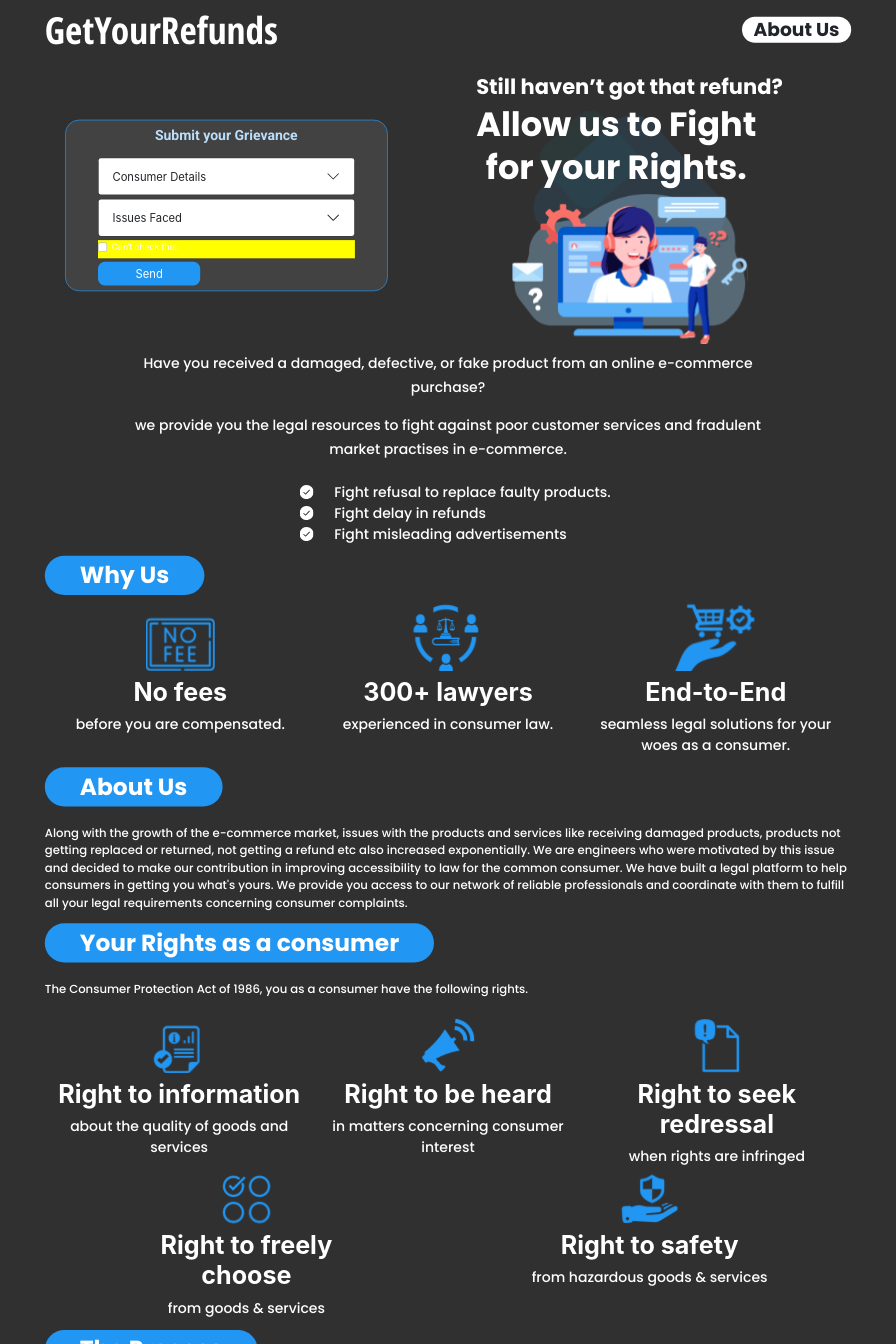
Repository: Eren00Yeager/initial-survey
Page: /consumer-complaints
The author's editor kept a copy of each file at every save. The page is drawn from the files as they stood at one save, then again after the next save.
The browser window is 1280 px wide. The pictures show the part of the page from y = 0 to 1920 px (the page is 2604 px tall), at 70% of full size.
Some web fonts or font styles are not loaded; a fallback is used. The project was rebuilt for these pictures with package versions that can differ from the ones it lists, and the page was loaded fresh each time. The framework's server and built-in components were replaced by stand-ins that run in the browser. Also part of the build but not shown: next.config.js.

Above is the page before, as saved 2022-07-14 13:09:51.

### styles/globals.scss
@import "~bootstrap/scss/bootstrap";
html,
body {
  padding: 0;
  margin: 0;
  font-family: -apple-system, BlinkMacSystemFont, Segoe UI, Roboto, Oxygen,
    Ubuntu, Cantarell, Fira Sans, Droid Sans, Helvetica Neue, sans-serif;
}

a {
  color: inherit;
  text-decoration: none;
}

* {
  box-sizing: border-box;
}

### styles/consumer.module.css
@import url('https://fonts.googleapis.com/css2?family=Poppins:wght@700&display=swap');
@import url('https://fonts.googleapis.com/css2?family=Poppins:wght@500&display=swap');
@import url('https://fonts.googleapis.com/css2?family=Poppins:wght@400&display=swap');
@import url('https://fonts.googleapis.com/css2?family=Playfair+Display:wght@400&display=swap');
@import url('https://fonts.googleapis.com/css2?family=Roboto:wght@700&display=swap');
@import url('https://fonts.googleapis.com/css2?family=Roboto:wght@400&display=swap');
@import url('https://fonts.googleapis.com/css2?family=Open+Sans:wght@700&display=swap');
@import url('http://fonts.cdnfonts.com/css/sf-pro-display');
.container{font-size:2.083vw;}
@media only screen and (max-width: 900px) {
    .container{font-size:16px;}
    .log{
        width:  60px;
        height: 60px;
        }
    .container{
        background-color: #303030;
        /* background-image: linear-gradient(to top,#712020, #FF9C60); */
        /* min-height: 100vh; */
        width: 100%;
        display: flex;
        flex-direction: column;
        justify-content: space-between;
        row-gap: 30px;
        padding: 5px 10px;
        }
      .main{
        /* background-color: #FF9C60; */
        display: flex;
        flex-direction: column-reverse;
        justify-content: center;
        align-items: center;
        row-gap: 30px;
    }
    .frm{
        width: 90%;
        border: 2px solid #2196F3;
        border-radius: 20px;
        background-color: #424242;
        display: flex;
        flex-direction: column;
        padding: 8px 15px 8px 15px;
        row-gap: 20px;
    }

      .fm{
        display: flex;
        flex-direction:column;
        /* background-color: aqua; */
        /* align-items: center; */
        }
        .hd{
            font-size: 32px;
            color: #FFFFFF;
            text-align: center;
            font-family: 'Open Sans Condensed';
            font-style: normal;
            font-weight: 700;
            line-height: 44px;
            }
            .head{
            display: flex;
            flex-direction: row;
            align-items: center;
            width:90%;
            margin-left: auto;
            margin-right: auto;
            justify-content: space-between;
            }
      .btn{
        background-color: #FFFFFF;
        border: none;
        border-radius: 50px;
        padding: 0px 10px;
        font-family: 'Poppins';
        font-style: normal;
        font-weight: 700;
        color: 000000;
        font-size: 1em;

      }
      .t1{
          position: absolute;
          top:0;
        }

      .m1{
          display: flex;
          flex-direction: column;
          background-color: aquamarine;

      }
      .grev{
        color: #BBDEFB;
        text-align: center;
        font-family: 'Roboto';
         font-style: normal;
         font-weight: 700;
         font-size: 24px;
     }
     .nam{
     font-family: 'Poppins';
     font-style: normal;
     font-weight: 700;
     font-size: 20px;
     color: #FFFFFF;

     }
     .plc{
     font-family: 'Poppins';
     font-style: normal;
     font-weight: 500;
     font-size: 20px;
     line-height: 30px;
     border-radius: 20px;
     color: #A6A6A6;
     padding: 5px 20px;
     border:none;
     width:100%;
     }
     .check{
         width:25px;
         height: 25px;
     }
     .int{
         display: flex;
         flex-direction: row;
         column-gap: 10px;
         align-items: center;
     }
     .terms{

        color:#FFFFFF;
        align-self: center;
        font-family: 'Roboto';
        font-style: normal;
        font-weight: 500;
        font-size: 16px;
        line-height: 19px;
        width:100%;

     }
     .sub{
     background-color: #2196F3;
     border: none;
     color: #FFFFFF;
     border-radius: 10px;
     padding-top: 10px;
     padding-bottom: 10px;
     width:100%;
     }
     .details{
         display: flex;
         flex-direction: column;
         row-gap: 5px;
     }
     .tct{
         width:90%;
         position: relative;
         text-align: center;
         height: 300px;
        display: flex;
        flex-direction: column;
        align-items: center;
        justify-content: flex-end;

     }
     .py{
         bottom: 0;
         /* position: absolute; */
     }
      .title{
      font-family: 'Poppins';
      font-style: normal;
      font-weight: 700;
      display: flex;
      flex-direction: column;
      font-family: 'Poppins';
        font-style: normal;
        font-weight: 700;

      }
      .title1{
      font-size: 20px;
      color:white;
      font-size: 32px;
      line-height: 48px;


      }
      .title2{
      font-size: 24px;
      color: #FFFFFF;


      }
      .center{
          text-align: center;
      }
      .brown{
          color: #712020;
      }
      .tnk{
        width:90%;
        }
        .thank{
            font-family: 'Poppins';
            font-style: normal;
            font-weight: 700;
            font-size: 32px;
            line-height: 48px;
            text-align: center;

            color: #9E9CFF;
        }
      .mid{
      font-family: 'Poppins';
      font-style: normal;
      font-weight: 500;
      font-size: 18px;
      text-align:center;
      color: white;
      }
      .cont{
        /* min-height:70vh; */
        display:flex;
        flex-direction:column;
        justify-content:space-evenly;
        row-gap: 20px;
    }
    .cont1{
        display: flex;
        flex-direction: column;
        row-gap: 20px;
    }

      .p{
        display: flex;
        flex-direction: row;
      }
      .t{
    font-family: 'Poppins';
    font-style: normal;
    font-weight: 500;
    font-size: 18px;
    color: #FFFFFF;
    position: relative;
    left: 15px;
    display: flex;
    flex-direction:row;
    /* align-items:center; */
      }
      .i{
        height: 30px;
        width:30px;
        display:flex;
        flex-direction:row;
        align-items:center;
    }
    .points{
    display:flex;
    flex-direction:row;
    /* padding-top: 40px; */
    }
    .p{
    display: flex;
    flex-direction: row;
    }
      .f1{
      font-family: 'Poppins';
      font-style: normal;
      font-weight: 700;
      font-size: 16px;
      line-height: 24px;
      color: #FFFFFF;
      position: relative;
      left: 5px;
      }
      .f3{
          display: flex;
          flex-direction: column;
      }

      .fo{
        padding: 10px 10px;
        display: flex;
        flex-direction: column;
        row-gap: 10px;
    }
    .err{
        font-family: 'Poppins';
        font-style: normal;
        font-weight: 500;
        color: rgb(109, 0, 0);
        }
    .fo{
        display: flex;
        flex-direction: column;
        row-gap: 20px;
        /* background-color: #9E9CFF; */
        margin-left: auto;
        margin-right: auto;
        width: 90%;
        }
        .fwrap{
            display: flex;
            flex-direction: column;
            margin-left: auto;
            margin-right: auto;
            width: 100%;
        }
        .box{
            width:100%;
            /* background-color: #712020; */
            display: flex;
            flex-direction: column;
            row-gap: 10px;
            margin-left: auto;
            margin-right: auto;
        }
        .bsvg{
            display: flex;
            flex-direction: column;
            justify-content: flex-end;
            height: 40vw;
            /* background-color: #BBDEFB; */
            width:100%;
            align-items: center;
            /* background-color: #712020; */
        }
        .des1{
            font-family: 'SF Pro Display';
            font-style: normal;
            font-weight: 700;
            font-size: 7vw;
            line-height: 3.320vw;
            text-align: center;
        }
        .des2{
        font-family: 'Poppins';
        font-style: normal;
        font-weight: 500;
        font-size: 4.5vw;
        text-align: center;
        }
        .sech{
            background: #2196F3;
            border-radius: 50px;
            align-self: flex-start;
            font-family: 'Poppins';
            font-style: normal;
            font-weight: 700;
            font-size: 30px;
            text-align: center;
            color: #FFFFFF;
            padding: 3px 10px;
            }
            .abt{
                font-family: 'Poppins';
                font-style: normal;
                font-weight: 500;
                font-size: 15px;

                color: #FFFFFF;
                }
                .proc{
                    display: flex;
                    flex-direction: column;

                    align-items: center;
                 }

                 .pu{
                    font-family: 'SF Pro Display';
                    font-style: normal;
                    font-weight: 700;
                    font-size: 23px;
                    color: #FFFFFF;
                }
                .pd{
                    font-family: 'SF Pro Display';
                    font-style: normal;
                    font-weight: 500;
                    font-size: 18px;
                    color: #FFFFFF;

                }
                .pr{
                    display: flex;
                    flex-direction: column;
                    row-gap: 1.302vw;
                    width: 100%;
                }

                .ques{
                    font-family: 'Poppins';
                    font-style: normal;
                    font-weight: 700;
                    font-size: 18px;
                    color: #FFFFFF;
                }
                .ans{

                    font-family: 'Poppins';
                    font-style: normal;
                    font-weight: 400;
                    font-size: 15px;

                    color: #FFFFFF;

                }
                .ftxt{
                    font-family: 'Poppins';
                    font-style: normal;
                    font-weight: 700;
                    font-size: 20px;
                    color: #FFFFFF;
                }
                .cprt{

                    font-family: 'Poppins';
                    font-style: normal;
                    font-weight: 400;
                    color: #FFFFFF;

                }

                .foot{
                    /* background-color: pink; */
                    display: flex;
                    flex-direction: column;
                    row-gap: 20px;
                    width: 100%;
                    align-items: center;
                }
                .ab1{


                   /* background-color: #712020; */

                }
                .ab2{

                    display: flex;
                    flex-direction: row;
                    column-gap: 0.651vw;

                }

.qa{
    display: flex;
    flex-direction: column;
    row-gap: 10px;
}
.sect{
    display: flex;
    flex-direction: column;
    row-gap:20px;
    width:90%;
    /* background-color: #FFFFFF; */
    margin-left: auto;
    margin-right: auto;
    }


 }


 @media only screen and (min-width: 900px) {
    .sect{
        display: flex;
        flex-direction: column;
        row-gap: 1.953vw;
        width:90%;
        /* background-color: #FFFFFF; */
        margin-left: auto;
        margin-right: auto;
        }

.qa{
    display: flex;
    flex-direction: column;
    row-gap: 0.326vw;
}

    .foot{
        /* background-color: pink; */
        display: flex;
        flex-direction: row;
        align-items: flex-end;
        width: 100%;
        position: relative;
    }
    .ab1{
        position: absolute;
        z-index: 10;
        left: 15%;
       /* background-color: #712020; */
       bottom: 3vw;
    }
    .ab2{
        position: absolute;
        display: flex;
        flex-direction: row;
        column-gap: 0.651vw;
        z-index: 10;
        right: 6%;
        bottom: 3vw;

    }
    .ques{
        font-family: 'Poppins';
        font-style: normal;
        font-weight: 700;
        font-size: 1.302vw;
        line-height: 1.953vw;
        color: #FFFFFF;
    }
    .ans{

        font-family: 'Poppins';
        font-style: normal;
        font-weight: 500;
        font-size: 1.302vw;
        line-height: 1.953vw;

        color: #FFFFFF;

    }
    .ftxt{
        font-family: 'Poppins';
        font-style: normal;
        font-weight: 700;
        font-size: 2.083vw;
        line-height:3.125vw;

        color: #FFFFFF;
    }
    .cprt{

        font-family: 'Poppins';
        font-style: normal;
        font-weight: 400;
        font-size: 1.302vw;
        line-height: 1.953vw;

        color: #FFFFFF;

    }
    .pr{
        display: flex;
        flex-direction: column;
        row-gap: 1.302vw;
        width: 30%;
    }
    .pu{
        font-family: 'SF Pro Display';
        font-style: normal;
        font-weight: 700;
        font-size: 2.344vw;
        line-height: 2.799vw;
        text-align: center;

        color: #FFFFFF;
    }
    .pd{
        font-family: 'SF Pro Display';
        font-style: normal;
        font-weight: 500;
        font-size: 1.302vw;
        line-height: 1.563vw;
        text-align: center;

        color: #FFFFFF;

    }
    .proc{
        display: flex;
        flex-direction: row;
     }
    .abt{
        font-family: 'Poppins';
        font-style: normal;
        font-weight: 500;
        font-size: 1.302vw;
        line-height: 1.953vw;
        color: #FFFFFF;
        }

    .sech{
        background: #2196F3;
        border-radius: 50px;
        align-self: flex-start;
        font-family: 'Poppins';
        font-style: normal;
        font-weight: 700;
        font-size: 2.604vw;
        text-align: center;
        color: #FFFFFF;
        padding: 3px 50px;
        }
    .des1{
        font-family: 'SF Pro Display';
        font-style: normal;
        font-weight: 700;
        font-size: 2.799vw;
        line-height: 3.320vw;
        text-align: center;
    }
    .des2{
    font-family: 'Poppins';
    font-style: normal;
    font-weight: 500;
    font-size: 1.563vw;
    text-align: center;
    }
    .bsvg{
        display: flex;
        flex-direction: column;
        justify-content: flex-end;
        height: 6.510vw;
        /* background-color: #BBDEFB; */
        width:100%;
        align-items: center;
        /* background-color: #712020; */
    }

    .box{
        width:33%;
        display: flex;
        flex-direction: column;
        row-gap: 0.651vw;
        /* background-color: brown; */
        /* flex: 1 1 500px; */
    }
    .fwrap{
        display: flex;
        flex-wrap: wrap;
        /* width:80%; */
        margin-left: auto;
        margin-right: auto;

        justify-content: space-around;
    }
.log{
width: 5.208vw;
height:5.208vw;
}
.err{
font-family: 'Poppins';
font-style: normal;
font-weight: 500;
/* text-align:center; */
color: rgb(109, 0, 0);
font-size: 0.5em;
}
.container{
background-color: #303030;
/* background-image: linear-gradient(to top,#712020, #FF9C60); */
min-height: 100vh;
display: flex;
flex-direction: column;
justify-content: space-between;
row-gap: 1.302vw;
}
.title{
    font-family: 'Poppins';
    font-style: normal;
    font-weight: 700;
    /* text-align: center; */
    display: flex;
    flex-direction: column;
    align-items: flex-start;
    }
.hd{
font-size: 2em;
/* line-height: 1.1em; */
/* background-color: blue; */
color: #FFFFFF;
text-align: center;
font-family: 'Open Sans Condensed';
font-style: normal;
font-weight: 700;
/* font-size: 75px; */
line-height: 6.641vw;
}

.btn{
background-color: #FFFFFF;
border: none;
border-radius: 3.255vw;
padding: 0 1.302vw;
font-family: 'Poppins';
font-style: normal;
font-weight: 700;
color: 000000;
font-size: 1em;

}
.head{
display: flex;
flex-direction: row;
align-items: center;
/* background-color: yellow; */
/* padding:10px 20px 0px 60px; */
width:90%;
margin-left: auto;
margin-right: auto;
/* margin: auto; */
/* background-color: #BBDEFB; */
justify-content: space-between;
}
.main{
    /* background-color: #FF9C60; */
    display: flex;
    flex-direction: row;
    justify-content: space-around;
    align-items: center;
    width: 90%;
    margin-left: auto;
    margin-right: auto;
}
.frm{
    width: 40%;
    /* height: 60vh; */
    border: 0.130vw solid #2196F3;
    border-radius: 20px;
    background-color: #424242;
    display: flex;
    flex-direction: column;
    justify-content: space-between;
    padding: 0.521vw 0vw 0.521vw 0vw;
    row-gap: 1.302vw;
}
.t1{
    position: absolute;
    display: flex;
    flex-direction: column;
    top:0;
}
.py{

    /* background-color: yellow; */
    position: relative;
    top:12%;

    /* position: absolute; */

    /* margin-right: auto; */
    /* top: 50px; */
}
.grev{
   color: #BBDEFB;
   text-align: center;
   font-family: 'Roboto';
    font-style: normal;
    font-weight: 700;
    font-size: 1.563vw;
}

.nam{
font-family: 'Poppins';
font-style: normal;
font-weight: 700;
font-size: 1.302vw;
color: #FFFFFF;
/* line-height: 36px; */
}
.plc{
font-family: 'Poppins';
font-style: normal;
font-weight: 500;
font-size: 1.302vw;
line-height: 1.953vw;
border-radius: 20px;
color: #A6A6A6;
padding: 5px 20px;
border:none;
width:100%;
}
.check{
    width:20px;
    height: 20px;
}
.int{
    display: flex;
    flex-direction: row;
    column-gap: 0.651vw;
    align-items: center;
}
.terms{
    color:#FFFFFF;
    /* align-self: center; */
    font-family: 'Roboto';
    font-style: normal;
    font-weight: 500;
    font-size: 1.042vw;
    /* line-height: 19px; */
    background-color: yellow;
    /* width:80%; */
}
.sub{
background-color: #2196F3;
border: none;
color: #FFFFFF;
border-radius: 10px;
padding-top: 5px;
padding-bottom: 5px;
width: 40%;
}
.details{
    display: flex;
    flex-direction: column;
    row-gap: 5px;
    margin-left: auto;
    margin-right: auto;
    width:80%;
}
.tnk{
width:40%;
}
.thank{
font-family: 'Poppins';
font-style: normal;
font-weight: 700;
font-size: 4.167vw;
line-height: 6.250vw;
text-align: center;

color: #9E9CFF;
}
.tct{
    min-width:50%;
    /* background-color: pink; */
    /* padding-left: 20px; */
    position: relative;
    /* text-align: center; */
    /* border: 2px solid black; */
    height:29.948vw;
    display: flex;
    flex-direction: column;
    align-items: center;

}
.title{
font-family: 'Poppins';
font-style: normal;
font-weight: 700;
/* line-height: 1em; */
color: #FFFFFF;
}
.title1{
text-align: center;
font-weight: 700;
font-size: 1.8em;
line-height: 1.3em;
}
.title2{
    font-size: 2.344vw;
    line-height: 3.516vw;
    margin: auto;
}
.fo{
   display: flex;
   flex-direction: column;
   row-gap: 20px;
   /* background-color: #9E9CFF; */
   margin-left: auto;
   margin-right: auto;
   width: 70%;
}
.mid{
font-family: 'Poppins';
font-style: normal;
font-weight: 500;
text-align:center;
color: white;
font-size: 20px;
line-height: 1.7em;
}
.i{
    /* background-color:pink; */
    height: 30px;
    width:30px;
    display:flex;
    flex-direction:row;
    align-items:center;
}

.points{
text-align:center;
/* background-color:pink; */
display:flex;
flex-direction:row;
justify-content:center;
padding-top: 10px;
}
.p{
display: flex;
flex-direction: row;
}
.t{
font-family: 'Poppins';
font-style: normal;
font-weight: 500;
font-size: 20px;
color: #FFFFFF;
position: relative;
left: 20px;
display: flex;
flex-direction:row;
align-items:center;
}

.f1{
font-family: 'Poppins';
font-style: normal;
font-weight: 700;
font-size: 1em;
line-height: 54px;
color: #FFFFFF;
text-align:center;
}
.cont{
    min-height:70vh;
    display:flex;
    flex-direction:column;
    justify-content:space-evenly;
}

.i1{
justify-content: center;
display:flex;
flex-direction:row;
justify-content:center;
padding:8px 0px;
}
.i2{
text-align:center;
}

}


.des{
color: #FFFFFF;
display: flex;
flex-direction: column;
row-gap: 10px;
/* background-color: #712020; */
/* row-gap: 10px; */
}


.svg{
    /* background-color: yellow; */
    align-self: center;
    display: flex;
    flex-direction: row;
    justify-content: center;
    align-items:flex-end;
    width: 3.255vw;
    position: 'relative';
}

.s{
   overflow: hidden;
}
.pot{
    color:"black";
}

Loaded but not shown: pages/_app.js (common file); pages/consumer-complaints.jsx (387 lines, source omitted)

After the next save:
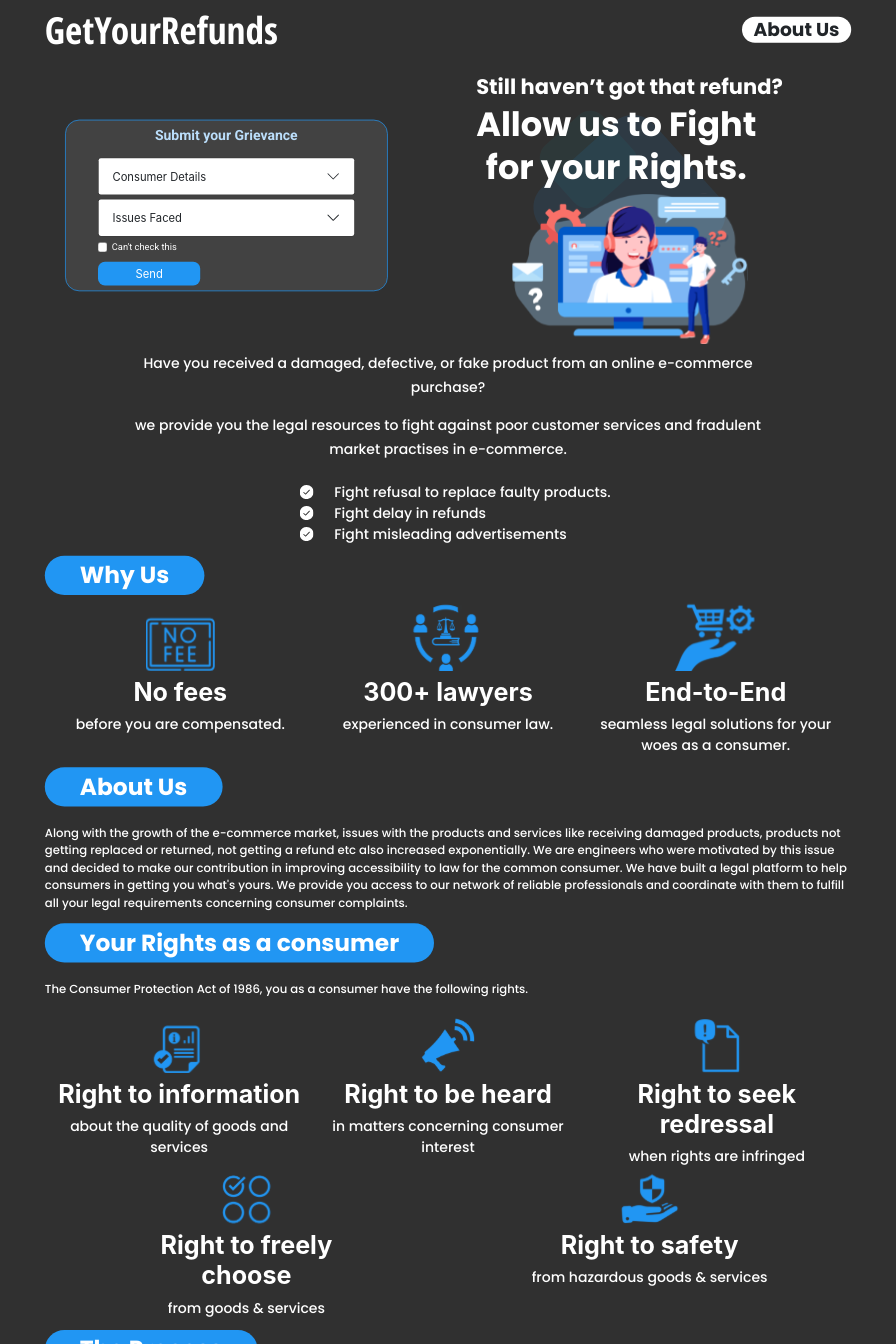
Saved 11 s later.
--- a/styles/consumer.module.css
+++ b/styles/consumer.module.css
@@ -796,7 +796,7 @@ width:100%;
     font-weight: 500;
     font-size: 1.042vw;
     /* line-height: 19px; */
-    background-color: yellow;
+    /* background-color: yellow; */
     /* width:80%; */
 }
 .sub{
